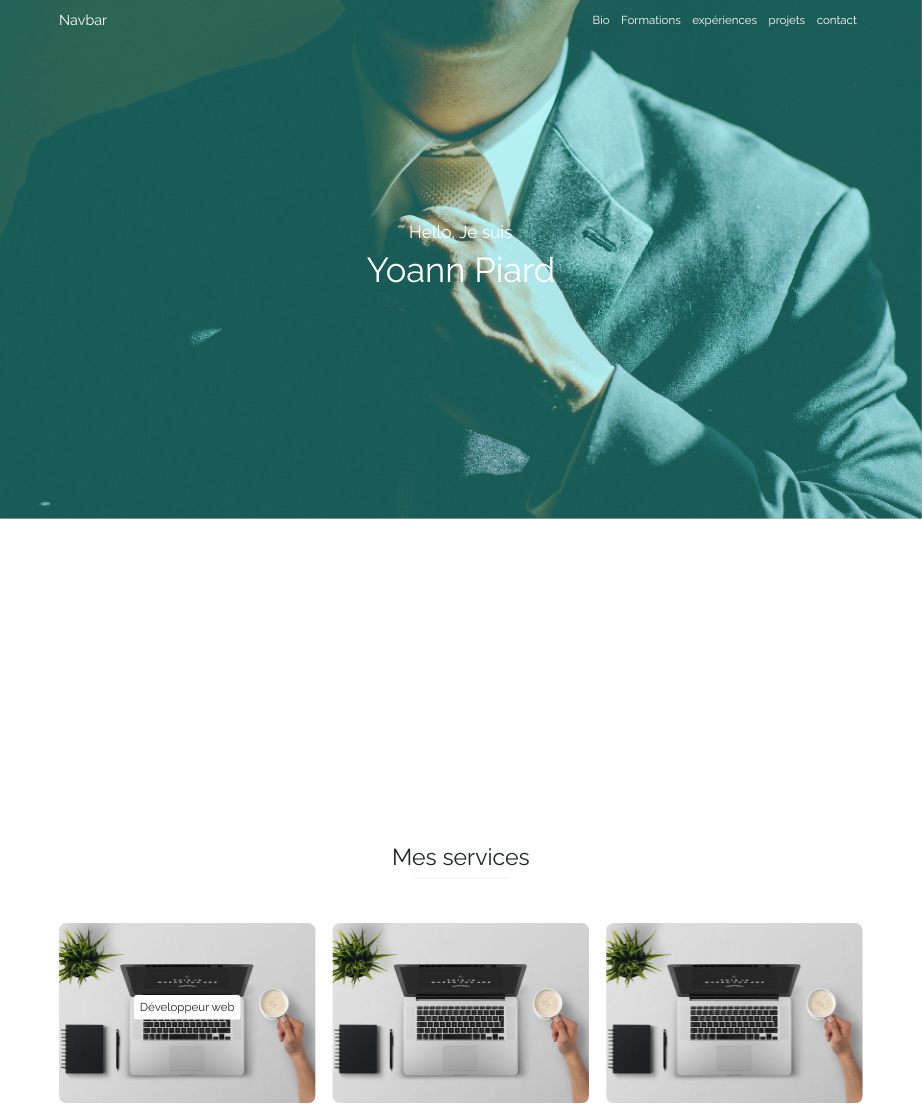
Repository: ypiard85/port-folio-bootstrap-yoann-2021
Page: index.html
An editor plug-in stored every save of this project. The page is shown before and after the next save, followed by the edit.
The browser window is 1280 px wide. The pictures show the whole page, at 72% of full size.

Above is the page before, as saved 2021-03-09 15:33:16.
Console error: TypeError: window.onload is not a function

### index.html
<!DOCTYPE html>
<html lang="en">
  <head>
    <meta charset="UTF-8" />
    <meta http-equiv="X-UA-Compatible" content="IE=edge" />
    <meta name="viewport" content="width=device-width, initial-scale=1.0" />
    <link rel="stylesheet" href="https://use.fontawesome.com/releases/v5.15.2/css/all.css" integrity="sha384-vSIIfh2YWi9wW0r9iZe7RJPrKwp6bG+s9QZMoITbCckVJqGCCRhc+ccxNcdpHuYu" crossorigin="anonymous">    <!-- CSS only -->
    <link rel="stylesheet" href="./resource/style.css" />
    <link
      href="https://cdn.jsdelivr.net/npm/bootstrap@5.0.0-beta2/dist/css/bootstrap.min.css"
      rel="stylesheet"
      integrity="sha384-BmbxuPwQa2lc/FVzBcNJ7UAyJxM6wuqIj61tLrc4wSX0szH/Ev+nYRRuWlolflfl"
      crossorigin="anonymous"
    />
    <title>Document</title>
  </head>
  <body>
    <nav class="navbar position-fixed w-100 navbar-expand-lg navbar-light">
      <div class="container">
        <a class="navbar-brand" href="#">Navbar</a>
        <button
          class="navbar-toggler"
          type="button"
          data-bs-toggle="collapse"
          data-bs-target="#navbarNav"
          aria-controls="navbarNav"
          aria-expanded="false"
          aria-label="Toggle navigation"
        >
          <span class="navbar-toggler-icon"></span>
        </button>
        <div class="collapse navbar-collapse" id="navbarNav">
          <ul class="navbar-nav">
            <li class="nav-item">
              <a class="nav-link active" aria-current="page" href="#bio">Bio</a>
            </li>
            <li class="nav-item">
              <a class="nav-link" href="#formation">Formations</a>
            </li>
            <li class="nav-item">
              <a class="nav-link" href="#experience">expériences</a>
            </li>
            <li class="nav-item">
              <a class="nav-link" href="#projet">projets</a>
            </li>
            <li class="nav-item">
              <a class="nav-link" href="#contact">contact</a>
            </li>
          </ul>
        </div>
      </div>
    </nav>

    <header
      class="container-fluid flex-column
          d-flex align-items-center justify-content-center"
    >
      <h4>Hello, Je suis</h4>
      <h1>Yoann Piard</h1>
    </header>

    <section class="about_me in container">
      <div class="about_card rounded shadow-lg">
        <div class="container">
          <div class="row">
            <div class="col-md-6  col-sm-12 p-3 p-sm-4 align-self-center">
              <h2 class="mb-4" >A propos de moi</h2>
              <p>
                Passionné par l'informatique depuis mon plus jeune âge, je me
                suis tout naturellement orienté vers dans le secteur du
                développement web et logiciel. Depuis 2019, je mets mon savoir
                auprès d'associations et entreprises, les aidant à augmenter
                leurs visibilités sur internet. Aujourd'hui, je cherche à
                intégrer une entreprise afin de travailler sur des projets
                concrets et de monter en compétence.
              </p>
              <ul class="d-flex">
                  <li><a href=""><i class="fab fa-instagram"></i></a></li>
                  <li><a href=""><i class="fab fa-linkedin-in"></i></a></li>
                  <li><a href=""><i class="fab fa-github"></i></a></li>
              </ul>
            </div>
            <div class="col-md-6 col-sm-12 p-3 p-sm-5 d-none d-md-block">
              <img class="img-fluid img-thumbnail" src="./resource/image/yoann_piard.png" alt="" />
            </div>
          </div>
        </div>
      </div>
    </section>

    <section class="my_work">
        <div class="container">
            <h2 class="ttile_section text-center mb-5">Mes services</h2>
            <div class="row pt-4 pb-4">
                <div class="col-md-4">
                    <div class="service_card" style="background-image: url('./resource/services/laptop-1209008_1280.jpg')">
                        <div class="service_btn"><p class="rounded">Développeur web</p></div>
                    </div>
                </div>
                <div class="col-md-4">
                    <div class="service_card" style="background-image: url('./resource/services/laptop-1209008_1280.jpg')"></div>

                </div>
                <div class="col-md-4">
                    <div class="service_card" style="background-image: url('./resource/services/laptop-1209008_1280.jpg')"></div>

                </div>
            </div>
        </div>
    </section>

    <!-- JavaScript Bundle with Popper -->
    <script
      src="https://cdn.jsdelivr.net/npm/bootstrap@5.0.0-beta2/dist/js/bootstrap.bundle.min.js"
      integrity="sha384-b5kHyXgcpbZJO/tY9Ul7kGkf1S0CWuKcCD38l8YkeH8z8QjE0GmW1gYU5S9FOnJ0"
      crossorigin="anonymous"
    ></script>
    <script src="https://unpkg.com/scrollreveal"></script>
    <script src="./resource/scrollreveal.js"></script>
    <script src="./resource/app.js"></script>
    <script>window.onload(scrollEffect()) </script>
  </body>
</html>

### resource/style.css
@import url('https://fonts.googleapis.com/css2?family=Raleway&display=swap');

*{
    transition: 0.3s;
}

body{
    font-family: 'Raleway', sans-serif!important;
}


.navbar-collapse{
    flex-grow: 0!important;
}

nav a{
    color: white!important;
}

header{
    height: 100vh;
    background: gray;
    background-image: linear-gradient(90deg, rgba(0,231,249,0.2780462526807598) 100%, rgba(0,4,24,0.4405112386751575) 74%), url('./image/about-section.jpg');
    background-repeat: no-repeat;
    background-size: cover;
    background-position: top center;
    color: white;
}

header h1{
    font-weight: normal;
    font-size: 3em;
}

.about_card{
    margin: auto;
    width: 900px;
    max-width: 100%;
    background-color: white;
}

.about_card a{
    font-family: Arial!important;
}

.about_me h2{
    font-weight: bold;
}

.about_card img{
    width: 100%;
    border-radius: 50%;
}

.about_card ul{
    list-style: none;
    padding: 0;
}

.about_card i{
    font-size: 1em;
    color: black;
}

.about_card{
    line-height: 2em;
}

.about_card li{
    margin-right: 10px;
}

.in{
    transform: translateY(-200px);
}

.ttile_section{
    position: relative;
}

.ttile_section::after{
    content: '';
    position: absolute;
    width: 130px;
    height: 1px;
    background-color: rgb(233, 231, 231);
    bottom: -10px;
    left:0;
    right: 0;
    margin: auto;
}

.service_card{
    height: 250px;
    background-position: center;
    background-size: cover;
    border-radius: 10px;
}

.service_btn{
    display: flex;
    justify-content: center;
    height: 100%;
    align-items: center;
}

.service_btn p{
    background-color: white;
    padding: 5px 8px;
}

### resource/scrollreveal.js
function scrollEffect(){


    ScrollReveal().reveal('.about_me', {
        delay: 150,
        duration: 1000,
        reset: true,
        origin: 'bottom',
        distance: '30%'
    });

}

### resource/app.js
ScrollReveal().reveal('.about_me', {
    delay: 250,
    duration: 1000,
    reset: true,
    origin: 'bottom',
    distance: '20%'
});

After the next save:
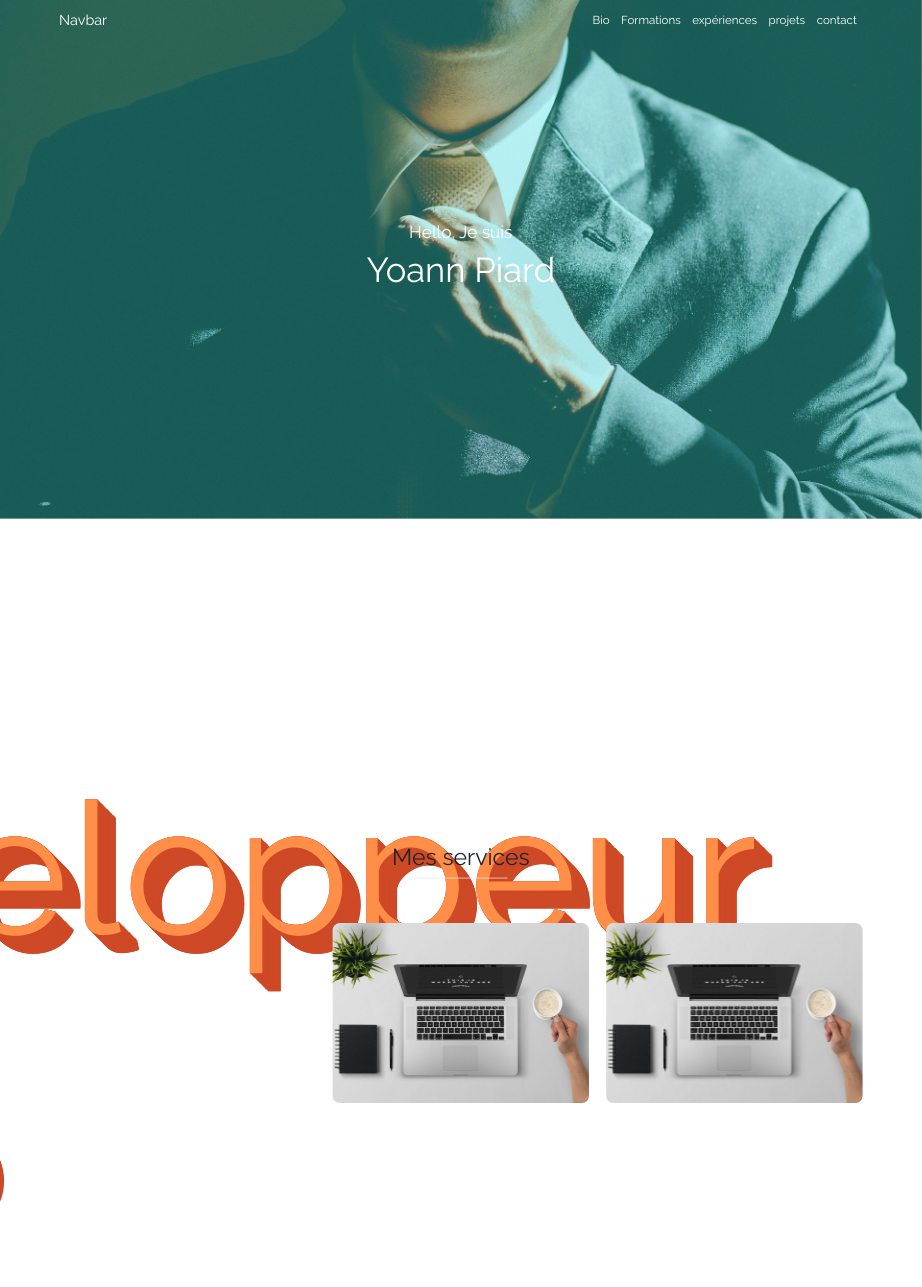
Saved 66 s later.
--- a/resource/style.css
+++ b/resource/style.css
@@ -107,4 +107,48 @@
 .service_btn p{
     background-color: white;
     padding: 5px 8px;
+    color: #ff8e49;
+font-size: calc(100vw / 5);
+letter-spacing: .015em;
+text-shadow: 0 0 0 #ce4a27,
+.0025em .0025em 0 #ce4a27,
+.005em .005em 0 #ce4a27,
+.0075em .0075em 0 #ce4a27,
+.01em .01em 0 #ce4a27,
+.0125em .0125em 0 #ce4a27,
+.015em .015em 0 #ce4a27,
+.0175em .0175em 0 #ce4a27,
+.02em .02em 0 #ce4a27,
+.0225em .0225em 0 #ce4a27,
+.025em .025em 0 #ce4a27,
+.0275em .0275em 0 #ce4a27,
+.03em .03em 0 #ce4a27,
+.0325em .0325em 0 #ce4a27,
+.035em .035em 0 #ce4a27,
+.0375em .0375em 0 #ce4a27,
+.04em .04em 0 #ce4a27,
+.0425em .0425em 0 #ce4a27,
+.045em .045em 0 #ce4a27,
+.0475em .0475em 0 #ce4a27,
+.05em .05em 0 #ce4a27,
+.0525em .0525em 0 #ce4a27,
+.055em .055em 0 #ce4a27,
+.0575em .0575em 0 #ce4a27,
+.06em .06em 0 #ce4a27,
+.0625em .0625em 0 #ce4a27,
+.065em .065em 0 #ce4a27,
+.0675em .0675em 0 #ce4a27,
+.07em .07em 0 #ce4a27,
+.0725em .0725em 0 #ce4a27,
+.075em .075em 0 #ce4a27,
+.0775em .0775em 0 #ce4a27,
+.08em .08em 0 #ce4a27,
+.0825em .0825em 0 #ce4a27,
+.085em .085em 0 #ce4a27,
+.0875em .0875em 0 #ce4a27,
+.09em .09em 0 #ce4a27,
+.0925em .0925em 0 #ce4a27,
+.095em .095em 0 #ce4a27,
+.0975em .0975em 0 #ce4a27,
+.1em .1em 0 #ce4a27
 }

After the save that followed:
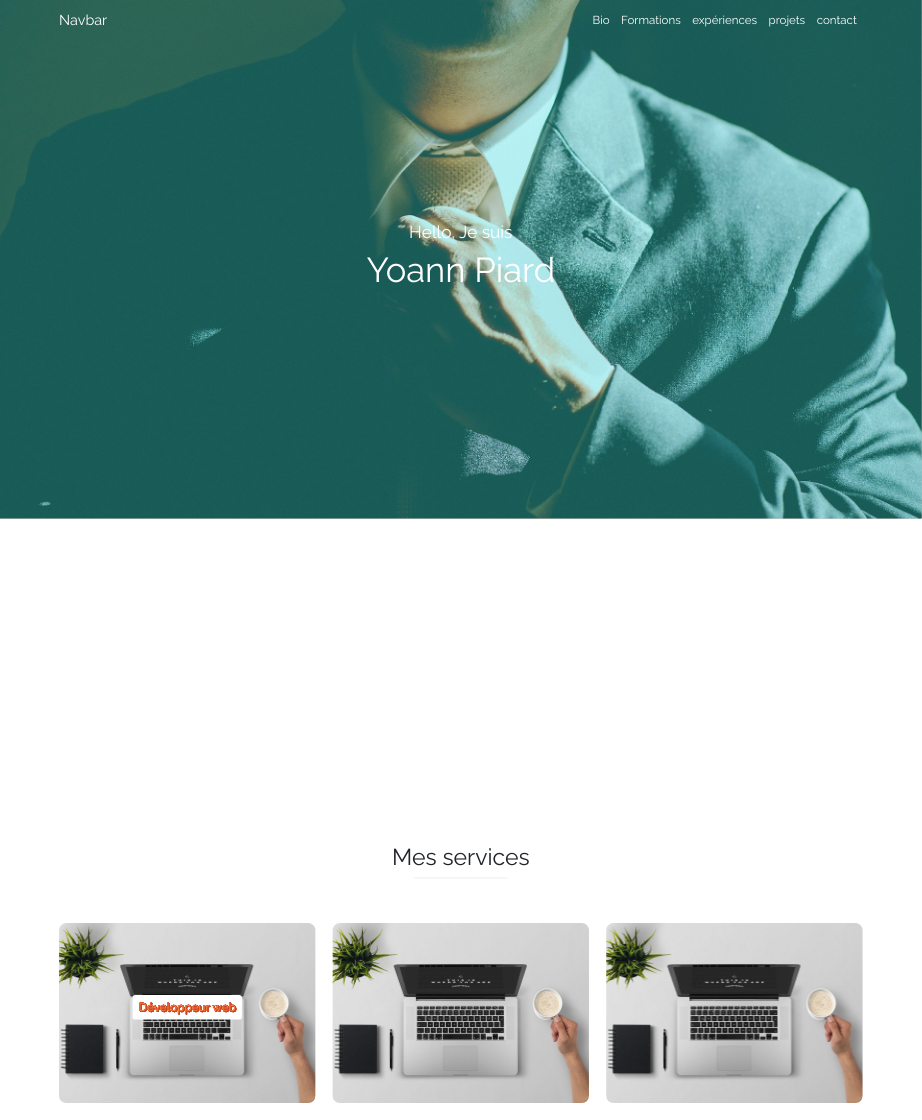
Saved 16 s later.
--- a/resource/style.css
+++ b/resource/style.css
@@ -108,7 +108,6 @@
     background-color: white;
     padding: 5px 8px;
     color: #ff8e49;
-font-size: calc(100vw / 5);
 letter-spacing: .015em;
 text-shadow: 0 0 0 #ce4a27,
 .0025em .0025em 0 #ce4a27,
